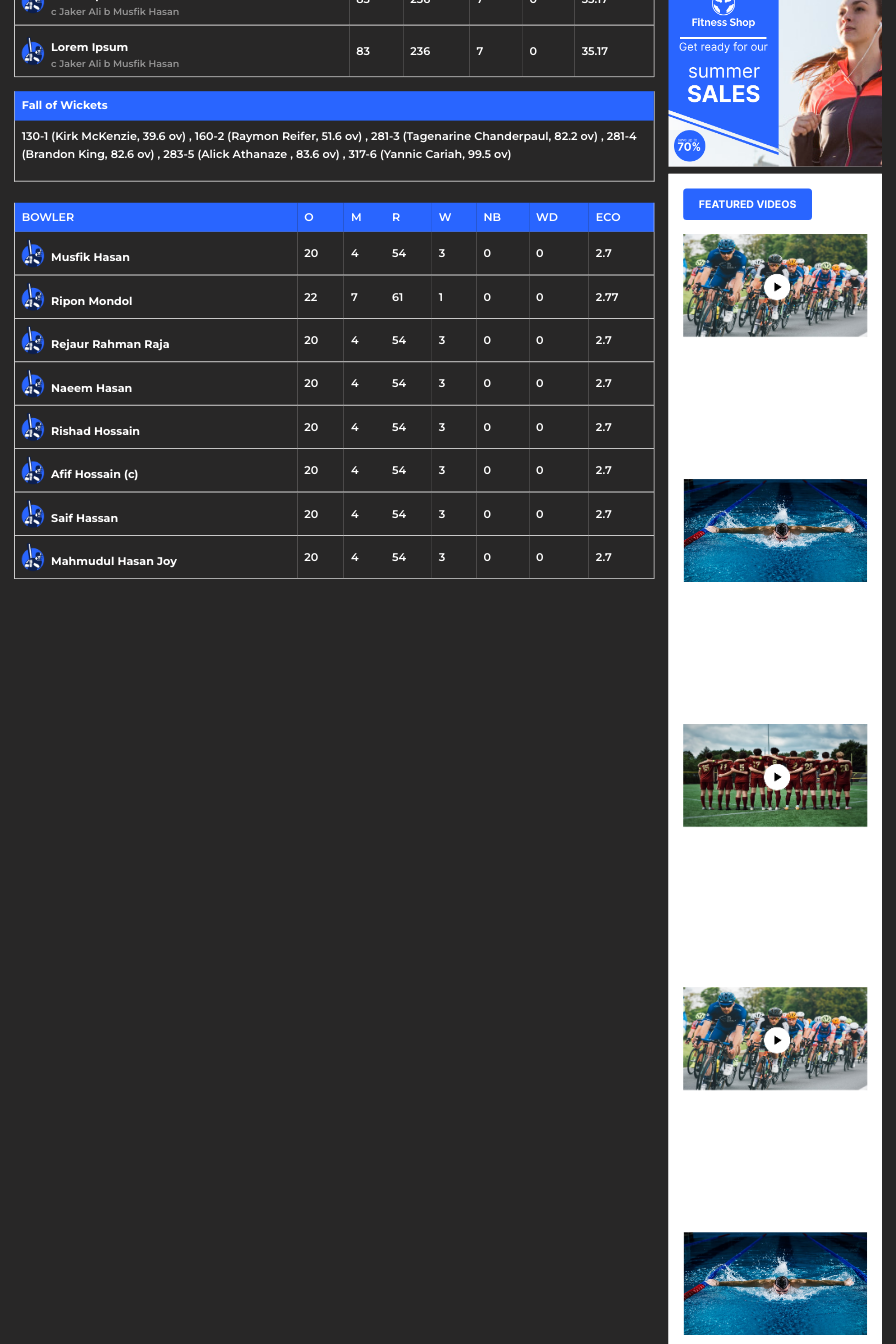
Repository: FlyweisReact/Kannapa
Page: /scoreCard
These files come from the project's save history. The page is drawn as it stood at one moment and after the next save; the edit follows.
The browser window is 1280 px wide. The pictures show the part of the page from y = 955 to 2875 px (the page is 3936 px tall), at 70% of full size.
Some web libraries are served in a nearby version. The project was rebuilt for these pictures with package versions that can differ from the ones it lists, and the page was loaded fresh each time. Also part of the build but not shown: src/Components/secondScreen.jsx, src/Components/Layout/FadingNav/FadingCategory.js, src/Components/Modal/LoginModal.js, src/Components/Modal/SignupModal.js, src/Components/Layout/FadingNav/FadingNav.js, src/Components/Layout/FadingNav/Header1.js, src/Components/Sliders/Blog-Slider.js, src/Components/Sliders/ScoreCard.js and 15 more.

Above is the page before, as saved 2023-06-19 17:56:01.

### public/index.html
<!-- @format -->

<!DOCTYPE html>
<html lang="en">
  <head>
    <meta charset="utf-8" />
    <link rel="icon" href="%PUBLIC_URL%/favicon.ico" />

    <meta
      name="viewport"
      content="user-scalable=no, width=device-width, initial-scale=1.0"
    />
    <meta name="apple-mobile-web-app-capable" content="yes" />

    <meta name="theme-color" content="#000000" />
    <meta
      name="description"
      content="Web site created using create-react-app"
    />
    <link rel="apple-touch-icon" href="%PUBLIC_URL%/logo192.png" />

    <link rel="manifest" href="%PUBLIC_URL%/manifest.json" />
    <link
      href="https://fonts.googleapis.com/css2?family=Roboto+Mono:ital,wght@1,300&display=swap"
      rel="stylesheet"
    />
    <title>FANATIKK</title>
  </head>
  <body>
    <noscript>You need to enable JavaScript to run this app.</noscript>
    <div id="root"></div>
    <script src="https://code.jquery.com/jquery-3.6.0.min.js"></script>
    <script
      src="https://kit.fontawesome.com/b533b351e4.js"
      crossorigin="anonymous"
    ></script>
  </body>
</html>

### src/Pages/ScoreCard.js
/** @format */

import React, { useEffect, useContext } from "react";
import Navbar from "../Components/Layout/Navbar";
import img2 from "../images/c30.png";
import img8 from "../images/c27.png";
import img9 from "../images/c31.png";
import img10 from "../images/c32.png";
import Footer from "../Components/Layout/Footer";
import CenterBanner from "../Components/shared/CenterBanner";
import { MyContext } from "../Components/MyContext";

const ScoreCard = () => {
  const { themeClass } = useContext(MyContext);
  useEffect(() => {
    window.scrollTo(0, 0);
  }, []);

  return (
    <>
      <Navbar />
      <CenterBanner />

      <div className={themeClass}>
        <div className="Live_Score_Two_Sec ScoreCard_Two_Sec_Layout ">
          <div className="Left_Comp">
            <div className="Table_Comp">
              <div className="fourth2">
                <div className="fourth3">
                  <img src={img2} alt="" />
                  <h2>Bangladesh A vs West Indies A, Match 1</h2>
                </div>

                <div className="fourth3">
                  <p>Series : </p>
                  <p style={{ textDecoration: "underline" }}>
                    West Indies A tour of Bangladesh
                  </p>
                </div>
              </div>

              <div className="fourth4">
                <div className="fourth5">
                  <div className="fourth6">
                    <img src={img8} alt="" />
                    <h4>BAN</h4>
                  </div>
                  <h2>Yet to bat</h2>
                </div>
                <div className="fourth5">
                  <div className="fourth6">
                    <img src={img9} alt="" />
                    <h4>WIN-A</h4>
                  </div>
                  <h2>417/6 (123)</h2>
                </div>
                <p className="fourthP">
                  Stumps: Day2 West Indies A elected to bat
                </p>
              </div>

              <div className="fourth7">
                <table className="fourth8">
                  <thead>
                    <tr>
                      <th>Batter</th>
                      <th>R</th>
                      <th>B</th>
                      <th>4s</th>
                      <th>6s</th>
                      <th>SR</th>
                    </tr>
                  </thead>
                  <tbody>
                    <tr>
                      <td>
                        <div className="fourth9">
                          <img src={img10} alt="" />
                          <div className="fourth10">
                            <h6>Lorem Ipsum</h6>
                            <p>c Jaker Ali b Musfik Hasan</p>
                          </div>
                        </div>
                      </td>
                      <td>83</td>
                      <td>236</td>
                      <td>7</td>
                      <td>0</td>
                      <td>35.17</td>
                    </tr>
                    <tr>
                      <td>
                        <div className="fourth9">
                          <img src={img10} alt="" />
                          <div className="fourth10">
                            <h6>Lorem Ipsum</h6>
                            <p>c Jaker Ali b Musfik Hasan</p>
                          </div>
                        </div>
                      </td>
                      <td>83</td>
                      <td>236</td>
                      <td>7</td>
                      <td>0</td>
                      <td>35.17</td>
                    </tr>
                    <tr>
                      <td>
                        <div className="fourth9">
                          <img src={img10} alt="" />
                          <div className="fourth10">
                            <h6>Lorem Ipsum</h6>
                            <p>c Jaker Ali b Musfik Hasan</p>
                          </div>
                        </div>
                      </td>
                      <td>83</td>
                      <td>236</td>
                      <td>7</td>
                      <td>0</td>
                      <td>35.17</td>
                    </tr>
                    <tr>
                      <td>
                        <div className="fourth9">
                          <img src={img10} alt="" />
                          <div className="fourth10">
                            <h6>Lorem Ipsum</h6>
                            <p>c Jaker Ali b Musfik Hasan</p>
                          </div>
                        </div>
                      </td>
                      <td>83</td>
                      <td>236</td>
                      <td>7</td>
                      <td>0</td>
                      <td>35.17</td>
                    </tr>
                    <tr>
                      <td>
                        <div className="fourth9">
                          <img src={img10} alt="" />
                          <div className="fourth10">
                            <h6>Lorem Ipsum</h6>
                            <p>c Jaker Ali b Musfik Hasan</p>
                          </div>
                        </div>
                      </td>
                      <td>83</td>
                      <td>236</td>
                      <td>7</td>
                      <td>0</td>
                      <td>35.17</td>
                    </tr>
                    <tr>
                      <td>
                        <div className="fourth9">
                          <img src={img10} alt="" />
                          <div className="fourth10">
                            <h6>Lorem Ipsum</h6>
                            <p>c Jaker Ali b Musfik Hasan</p>
                          </div>
                        </div>
                      </td>
                      <td>83</td>
                      <td>236</td>
                      <td>7</td>
                      <td>0</td>
                      <td>35.17</td>
                    </tr>
                  </tbody>
                </table>
              </div>
            </div>

           <div className={themeClass}>
           <div className="Content_Div">
              <p className="head">Fall of Wickets</p>
              <div>
                <p>
                  130-1 (Kirk McKenzie, 39.6 ov) , 160-2 (Raymon Reifer, 51.6
                  ov) , 281-3 (Tagenarine Chanderpaul, 82.2 ov) , 281-4 (Brandon
                  King, 82.6 ov) , 283-5 (Alick Athanaze , 83.6 ov) , 317-6
                  (Yannic Cariah, 99.5 ov)
                </p>
              </div>
            </div>
           </div>

            <div className="Table_Comp">
              <div className="fourth7">
                <table className="fourth8">
                  <thead>
                    <tr>
                      <th>BOWLER</th>
                      <th>O</th>
                      <th>M</th>
                      <th>R</th>
                      <th>W</th>
                      <th>NB</th>
                      <th>WD</th>
                      <th>ECO</th>
                    </tr>
                  </thead>
                  <tbody>
                    <tr>
                      <td>
                        <div className="fourth9">
                          <img src={img10} alt="" />
                          <div className="fourth10">
                            <h6>Musfik Hasan</h6>
                          </div>
                        </div>
                      </td>
                      <td>20</td>
                      <td>4</td>
                      <td>54</td>
                      <td>3</td>
                      <td>0</td>
                      <td>0</td>
                      <td>2.7</td>
                    </tr>

                    <tr>
                      <td>
                        <div className="fourth9">
                          <img src={img10} alt="" />
                          <div className="fourth10">
                            <h6>Ripon Mondol</h6>
                          </div>
                        </div>
                      </td>
                      <td>22</td>
                      <td>7</td>
                      <td>61</td>
                      <td>1</td>
                      <td>0</td>
                      <td>0</td>
                      <td>2.77</td>
                    </tr>

                    <tr>
                      <td>
                        <div className="fourth9">
                          <img src={img10} alt="" />
                          <div className="fourth10">
                            <h6>Rejaur Rahman Raja</h6>
                          </div>
                        </div>
                      </td>
                      <td>20</td>
                      <td>4</td>
                      <td>54</td>
                      <td>3</td>
                      <td>0</td>
                      <td>0</td>
                      <td>2.7</td>
                    </tr>

                    <tr>
                      <td>
                        <div className="fourth9">
                          <img src={img10} alt="" />
                          <div className="fourth10">
                            <h6>Naeem Hasan</h6>
                          </div>
                        </div>
                      </td>
                      <td>20</td>
                      <td>4</td>
                      <td>54</td>
                      <td>3</td>
                      <td>0</td>
                      <td>0</td>
                      <td>2.7</td>
                    </tr>

                    <tr>
                      <td>
                        <div className="fourth9">
                          <img src={img10} alt="" />
                          <div className="fourth10">
                            <h6>Rishad Hossain</h6>
                          </div>
                        </div>
                      </td>
                      <td>20</td>
                      <td>4</td>
                      <td>54</td>
                      <td>3</td>
                      <td>0</td>
                      <td>0</td>
                      <td>2.7</td>
                    </tr>

                    <tr>
                      <td>
                        <div className="fourth9">
                          <img src={img10} alt="" />
                          <div className="fourth10">
                            <h6>Afif Hossain (c)</h6>
                          </div>
                        </div>
                      </td>
                      <td>20</td>
                      <td>4</td>
                      <td>54</td>
                      <td>3</td>
                      <td>0</td>
                      <td>0</td>
                      <td>2.7</td>
                    </tr>

                    <tr>
                      <td>
                        <div className="fourth9">
                          <img src={img10} alt="" />
                          <div className="fourth10">
                            <h6>Saif Hassan</h6>
                          </div>
                        </div>
                      </td>
                      <td>20</td>
                      <td>4</td>
                      <td>54</td>
                      <td>3</td>
                      <td>0</td>
                      <td>0</td>
                      <td>2.7</td>
                    </tr>

                    <tr>
                      <td>
                        <div className="fourth9">
                          <img src={img10} alt="" />
                          <div className="fourth10">
                            <h6>Mahmudul Hasan Joy</h6>
                          </div>
                        </div>
                      </td>
                      <td>20</td>
                      <td>4</td>
                      <td>54</td>
                      <td>3</td>
                      <td>0</td>
                      <td>0</td>
                      <td>2.7</td>
                    </tr>
                  </tbody>
                </table>
              </div>
            </div>
          </div>

          <div className="Right_Comp">
            <div className={`third8 ${themeClass}`}>
              <div className="third9">
                <button>LATEST NEWS</button>
              </div>

              <div className="third10">
                <h4>
                  Lorem ipsum dolor sit amet, consetetur sadipscing elitr, sed
                  diam nonumy eirmod tempor invidunt ut
                </h4>
                <p>43 minutes ago</p>
              </div>
              <hr className="horizontal2" />
              <div className="third10">
                <h4>
                  Lorem ipsum dolor sit amet, consetetur sadipscing elitr, sed
                  diam nonumy eirmod tempor
                </h4>
                <p>43 minutes ago</p>
              </div>
              <hr className="horizontal2" />
              <div className="third10">
                <h4>
                  Lorem ipsum dolor sit amet, consetetur sadipscing elitr, sed
                  diam
                </h4>
                <p>an hour ago</p>
              </div>
              <div className="third10">
                <h4>
                  Lorem ipsum dolor sit amet, consetetur sadipscing elitr, sed
                  diam{" "}
                </h4>
                <p>3 hours ago</p>
              </div>
              <hr className="horizontal2" />

              <h3 className="third11">More News...</h3>
            </div>

            <div className="third12 HIde_THid_One">
              <img src="./Images/88.png" alt="" />
            </div>

            <div className="third13">
              <div className="third14">
                <button>FEATURED VIDEOS</button>
              </div>

              <div className="Merge_In">
                <div className="third15 ">
                  <img src="./Images/8.png" alt="" />
                  <h4>
                    CSK vs DC Dream 11 Prediction | Chennai Super Kings vs Delhi
                    Capitals Dream 11 | IPL 2023
                  </h4>
                  <p>May 10,2023 8:39 AM</p>
                </div>

                <div className="third15">
                  <img src="./Images/90.png" alt="" />
                  <h4>
                    Rashid Khan & Noor Ahmad The Best Spin Duo In IPL 2023? |
                    The Afghani Spin Wizards Of Gujarat Titans
                  </h4>
                  <p>May 9, 2023 6:42 PM</p>
                </div>

                <div className="third15">
                  <img src="./Images/10.png" alt="" />
                  <h4>
                    Rajasthan Royal's Recent Form - A Concern For Sanju Samson |
                    What's Going Wrong For Rajasthan Royals
                  </h4>
                  <p>May 10,2023 8:39 AM</p>
                </div>
                <div className="third15">
                  <img src="./Images/8.png" alt="" />
                  <h4>
                    CSK vs DC Dream 11 Prediction | Chennai Super Kings vs Delhi
                    Capitals Dream 11 | IPL 2023
                  </h4>
                  <p>May 10,2023 8:39 AM</p>
                </div>

                <div className="third15">
                  <img src="./Images/90.png" alt="" />
                  <h4>
                    Rashid Khan & Noor Ahmad The Best Spin Duo In IPL 2023? |
                    The Afghani Spin Wizards Of Gujarat Titans
                  </h4>
                  <p>May 9, 2023 6:42 PM</p>
                </div>

                <div className="third15">
                  <img src="./Images/10.png" alt="" />
                  <h4>
                    Rajasthan Royal's Recent Form - A Concern For Sanju Samson |
                    What's Going Wrong For Rajasthan Royals
                  </h4>
                  <p>May 10,2023 8:39 AM</p>
                </div>
              </div>
            </div>
          </div>
        </div>
      </div>

      <Footer />
    </>
  );
};

export default ScoreCard;

### src/CSS/Footer.css
/** @format */

.Footer {
  background-color: #000000;
  color: #fff;
  padding: 20px;
  padding-bottom: 40px;
}
.Footer .Upper_Footer {
  display: flex;
  align-items: flex-start;
  justify-content: space-evenly;
}
.Footer .Upper_Footer .Left_Comp {
  width: 20%;
  padding: 20px;
  align-self: flex-end;
}
.Footer .Upper_Footer .Mid_Comp {
  width: 20%;
  padding: 20px;
}
.Footer .Upper_Footer .Right_Comp {
  width: 40%;
  padding: 20px;
}

.Footer .Upper_Footer .Left_Comp .Social_Div {
  display: flex;
  gap: 20px;
  align-items: center;
  padding-top: 20px;
}
.Footer .Upper_Footer .Left_Comp .Social_Div div {
  display: flex;
  gap: 10px;
  align-items: center;
}
.Footer .Upper_Footer .Left_Comp .Social_Div p {
  margin: 0;
  font-family: Noto Sans;
  font-size: 18.9125px;
}

.Footer .Upper_Footer .Upper_Div {
  position: relative;
  border-bottom: 1px solid #fff;
}
.Footer .Upper_Footer .Upper_Div p {
  font-family: Inter;
  font-style: normal;
  font-weight: 600;
  font-size: 16px;
  line-height: 32px;
  color: #ffffff;
}
.Footer .Upper_Footer .Upper_Div .empty {
  position: absolute;
  background-color: #2965ff;
  width: 20%;
  height: 3px;
  bottom: -2px;
  z-index: 1;
}
.Footer .Upper_Footer .Mid_Comp ul {
  list-style: none;
  padding-top: 10px;
  padding-left: 0;
}
.Footer .Upper_Footer .Mid_Comp ul li {
  margin-top: 20px;
  font-family: Noto Sans;
  font-size: 18px;
  cursor: pointer;
  line-height: 20px;
}
.Footer .Upper_Footer .Right_Comp .Ul_Merge {
  display: flex;
  justify-content: space-between;
  align-items: center;
}

.Footer .Upper_Footer .Right_Comp .Ul_Merge ul {
  list-style: none;
  padding-top: 10px;
  padding-left: 0;
  width: 40%;
}
.Footer .Upper_Footer .Right_Comp .Ul_Merge ul li {
  margin-top: 20px;
  font-family: Noto Sans;
  font-size: 18px;
  cursor: pointer;
  line-height: 20px;
  display: flex;
  gap: 10px;
  align-items: center;
}
.Footer .Bottom_Footer {
  margin-top: 20px;
  display: flex;
  flex-direction: column;
  padding-right: 5%;
}
.Footer .Bottom_Footer .empty {
  background-color: #fff;
  width: 95%;
  display: block;
  margin: auto;
  height: 2px;
margin-left: 5%;
}
.Footer .Bottom_Footer p {
  align-self: flex-end;
  margin-top: 20px;
  font-family: Noto Sans;
font-style: normal;
font-weight: 400;
font-size: 14px;
line-height: 24px;
}
.Footer .Bottom_Footer p span{
    color: #2965FF;
}

Loaded but not shown: src/App.css (common file); src/Components/Layout/Navbar.js (212 lines, source omitted); src/Components/Layout/Footer.js (107 lines, source omitted); src/App.js (67 lines, source omitted); src/Components/Modal/ContactModal.js (38 lines, source omitted); src/index.js (22 lines, source omitted); src/Components/MyContext.js (22 lines, source omitted); src/Components/shared/CenterBanner.js (13 lines, source omitted); src/CSS/Component.css (2940 lines, source omitted); src/CSS/Mobile.css (618 lines, source omitted); src/CSS/Tab.css (402 lines, source omitted); src/CSS/Navbar.css (376 lines, source omitted); src/index.css (166 lines, source omitted); src/CSS/Responsive.css (155 lines, source omitted)

After the next save:
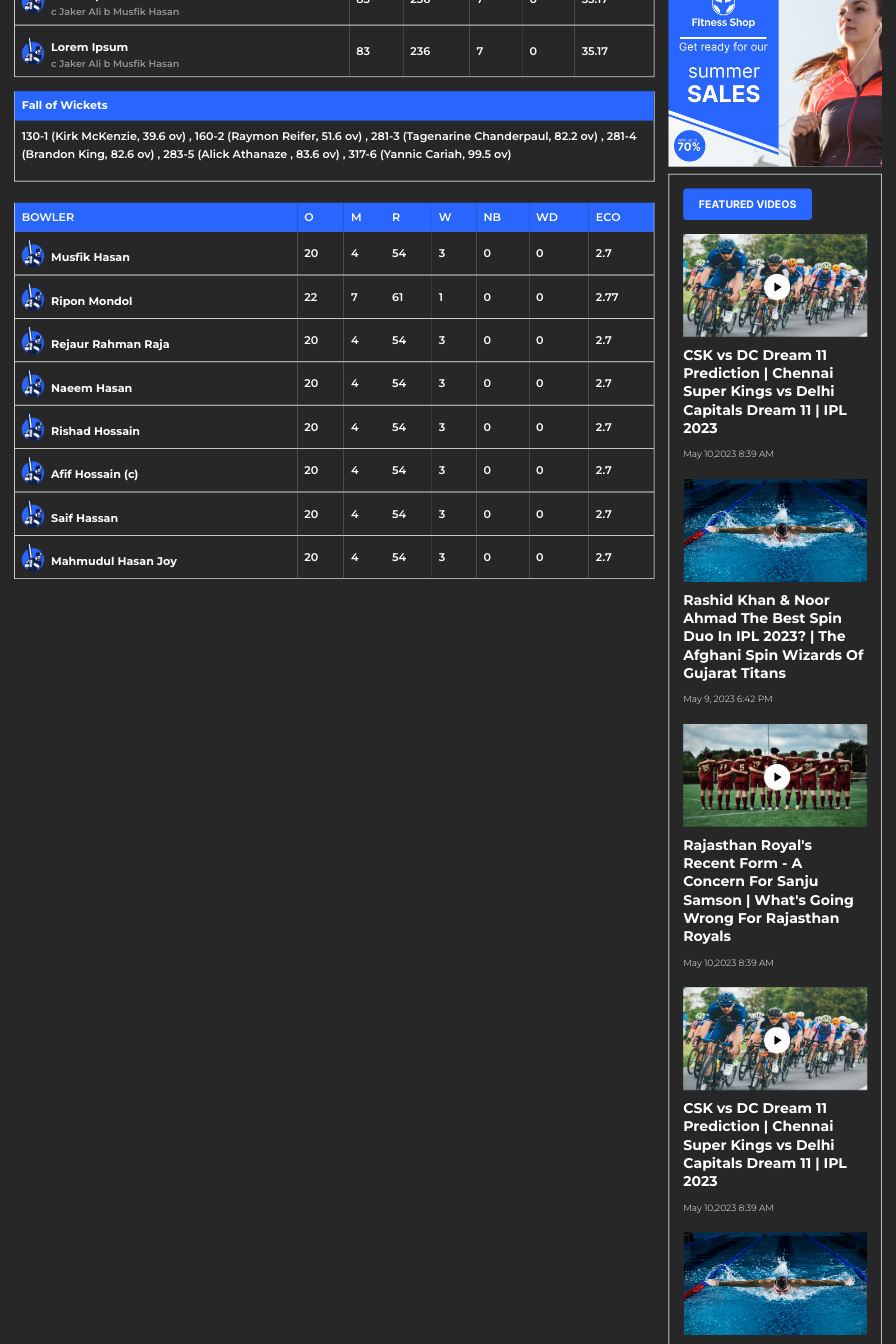
Saved 16 s later.
--- a/src/Pages/ScoreCard.js
+++ b/src/Pages/ScoreCard.js
@@ -397,7 +397,7 @@ const ScoreCard = () => {
               <img src="./Images/88.png" alt="" />
             </div>
 
-            <div className="third13">
+            <div className={`third13 ${themeClass}`}>
               <div className="third14">
                 <button>FEATURED VIDEOS</button>
               </div>
